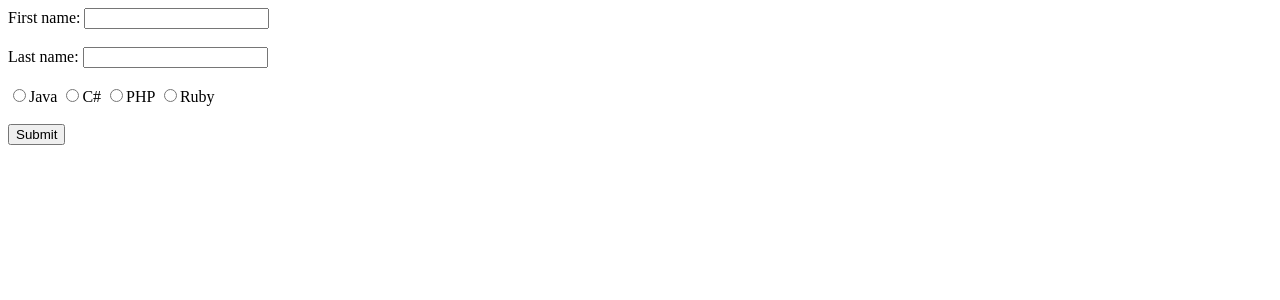
Repository: mohdsalman1994/JspServletProjects
Page: jspdemo/WebContent/student-checkbox-form.html
The author's editor kept a copy of each file at every save. The page is drawn from the files as they stood at one save, then again after the next save.
The browser window is 1280 px wide. The pictures show the whole page.

Above is the page before, as saved 2017-08-03 10:19:27.

After the next save:
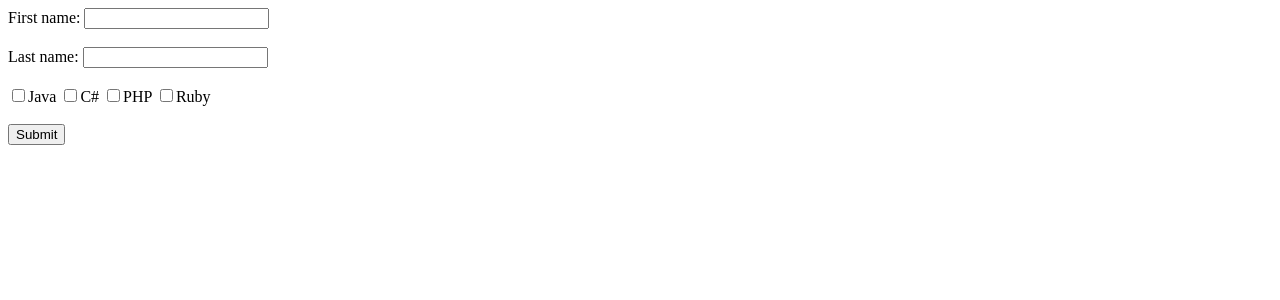
Saved 8 min 36 s later.
--- a/jspdemo/WebContent/student-checkbox-form.html
+++ b/jspdemo/WebContent/student-checkbox-form.html
@@ -5,7 +5,7 @@
 <title>Insert title here</title>
 </head>
 <body>
-<form action="student-radio-response.jsp">
+<form action="student-checkbox-response.jsp">
 
 First name: <input type="text" name="firstName" />
 
@@ -13,13 +13,13 @@ First name: <input type="text" name="firstName" />
 Last name: <input type="text" name="lastName" />
 <br /><br />
 
-<input type="radio" name="favouriteLanguage" value="Java" />Java
+<input type="checkbox" name="favouriteLanguage" value="Java" />Java
 
-<input type="radio" name="favouriteLanguage" value="C#" />C#
+<input type="checkbox" name="favouriteLanguage" value="C#" />C#
 
-<input type="radio" name="favouriteLanguage" value="PHP" />PHP
+<input type="checkbox" name="favouriteLanguage" value="PHP" />PHP
 
-<input type="radio" name="favouriteLanguage" value="Ruby" />Ruby
+<input type="checkbox" name="favouriteLanguage" value="Ruby" />Ruby
 
 <br /><br />
 
